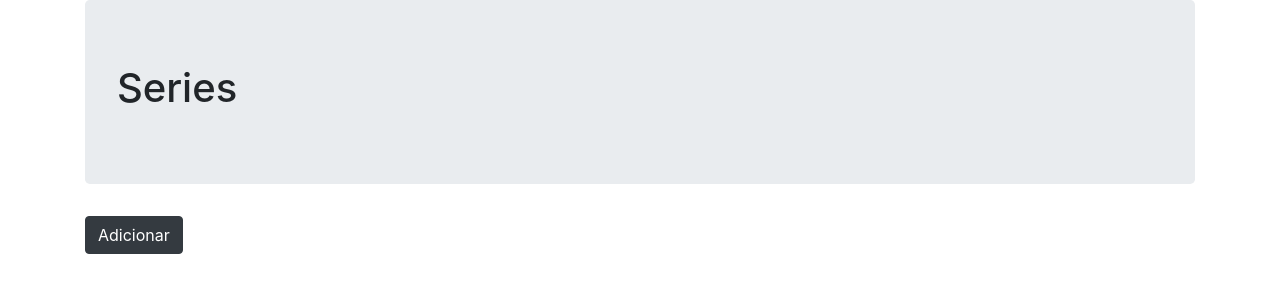
Repository: allan-api/controle-series-laravel
Page: http://localhost/series
An editor plug-in stored every save of this project. The page is shown before and after the next save, followed by the edit.
The browser window is 1280 px wide. The pictures show the whole page.
The page is served by the project's Laravel application, run on PHP 8.4 with Laravel 8. Queries for data that is not in the repository find no rows.

Above is the page before, as saved 2019-11-11 19:10:46.

After the next save:
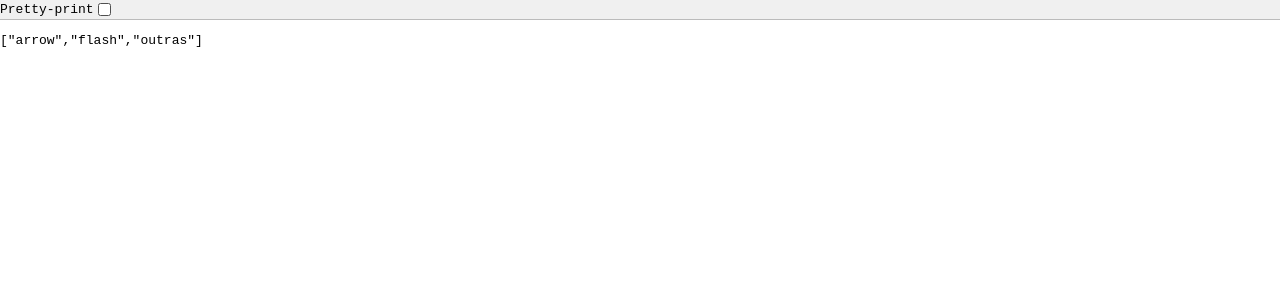
Saved 15 h 50 min later.
--- a/app/Http/Controllers/SeriesController.php
+++ b/app/Http/Controllers/SeriesController.php
@@ -8,9 +8,12 @@ use Illuminate\Http\Request;
 class SeriesController extends Controller
 {
     public function index() {
-        $series = Serie::all();
-
-        return view('series.index', compact('series'));
+        $series = [
+            'arrow',
+            'flash',
+            'outras'
+        ];
+        return $series;
     }
 
     public function create()
